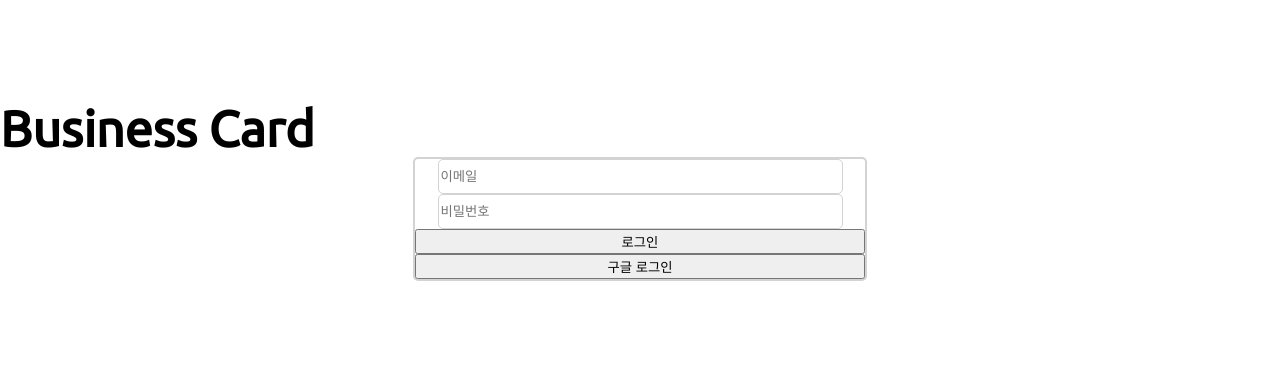
Repository: momo0170/react_businesscard
Page: /login
The author's editor kept a copy of each file at every save. The page is drawn from the files as they stood at one save, then again after the next save.
The browser window is 1280 px wide. The pictures show the whole page.
The page's requests for data from a server got no answer. The project was rebuilt for these pictures with package versions that can differ from the ones it lists, and the page was loaded fresh each time. No one was signed in, and anything a server would have sent is missing.

Above is the page before, as saved 2022-08-10 22:51:08.

After the next save:
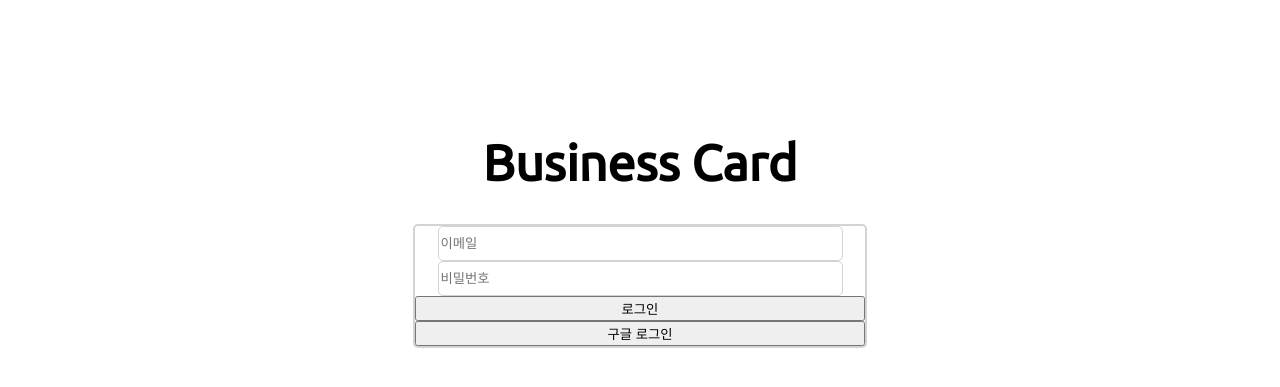
Saved 20 s later.
--- a/src/css/login.module.css
+++ b/src/css/login.module.css
@@ -3,8 +3,8 @@
 @value fontSmall, marginNormal, marginHigh, paddingLow from '../common/size.css';
 
 .title {
-  /* text-align: center; */
-  margin: 0 auto;
+  text-align: center;
+
   padding-top: 100px;
   font-size: 50px;
   color: normalBlue;
